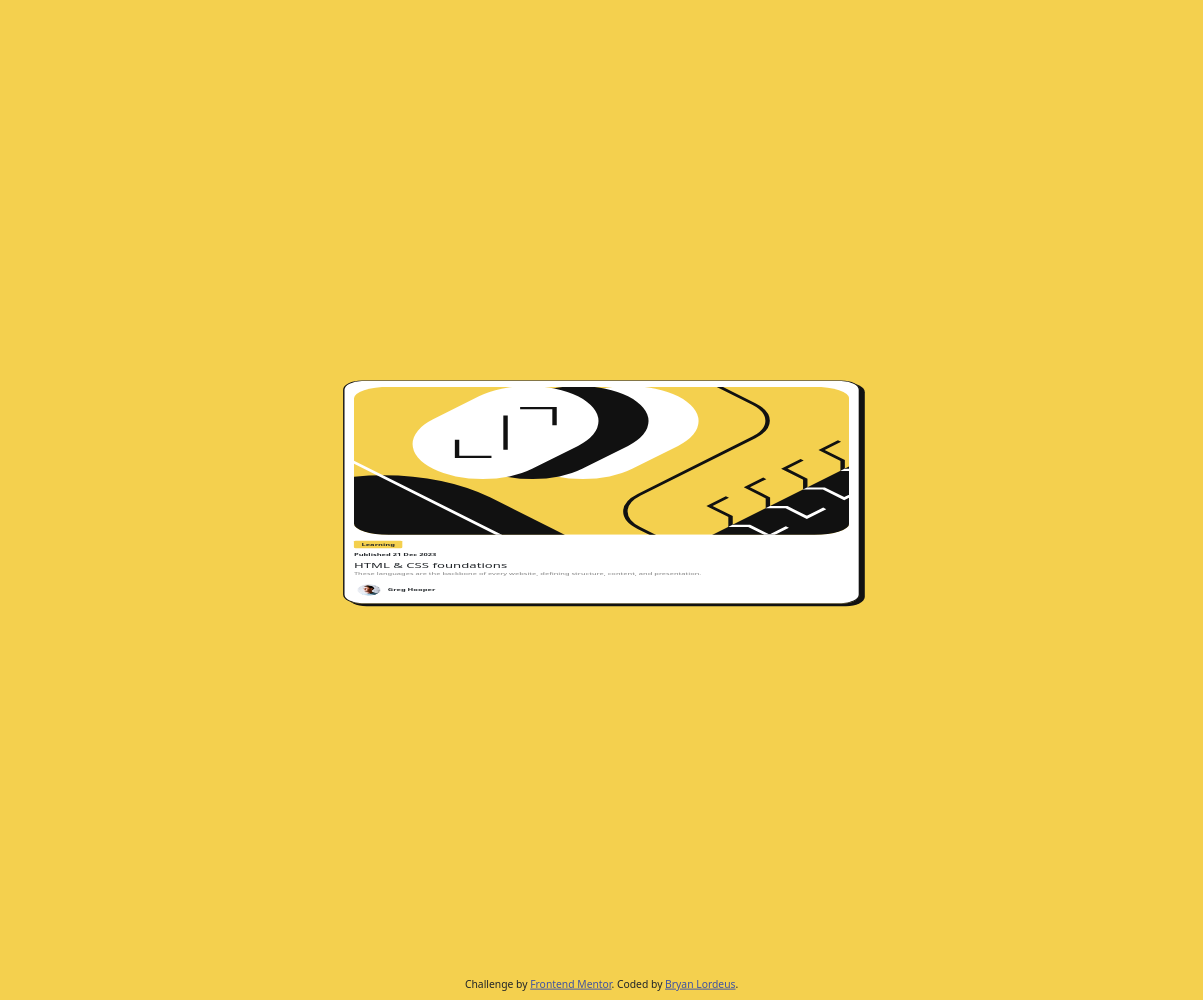
Repository: blordeus/blog-preview-card
Page: index.html
An editor plug-in stored every save of this project. The page is shown before and after the next save, followed by the edit.
The browser window is 1280 px wide. The pictures show the whole page, at 94% of full size.
The style sheet was rebuilt from its Sass, Less or Tailwind sources for each picture, by a compiler version that may differ from the author's.

Above is the page before, as saved 2024-02-10 11:03:06.

After the next save:
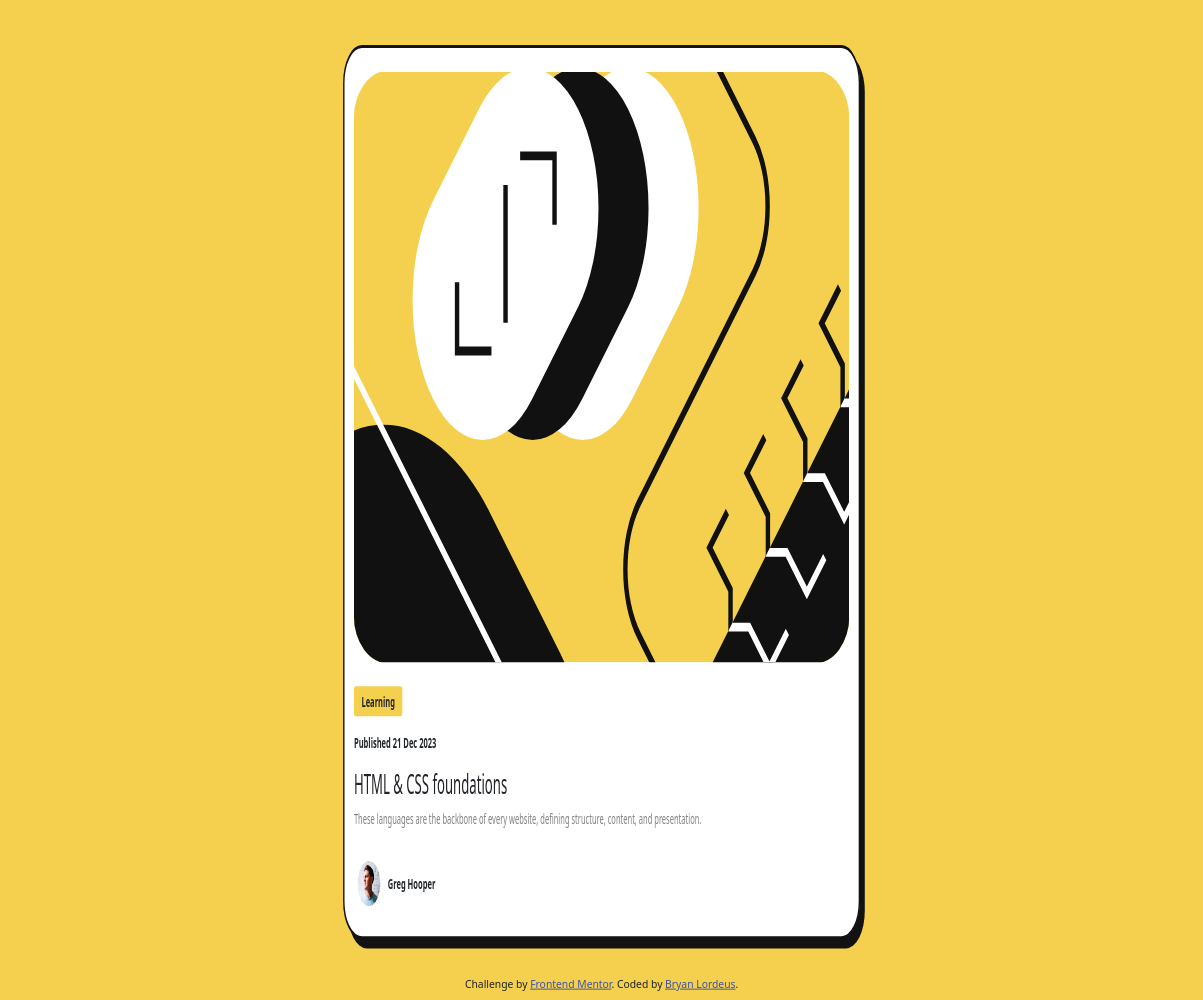
Saved 5 s later.
--- a/style.scss
+++ b/style.scss
@@ -87,7 +87,7 @@ p {
 
     main {
         border-radius: 40px;
-        scale: 0.5 0.25;
+        scale: 0.5 1;
         margin: auto;
         margin-inline: auto;
         //center box to screen
